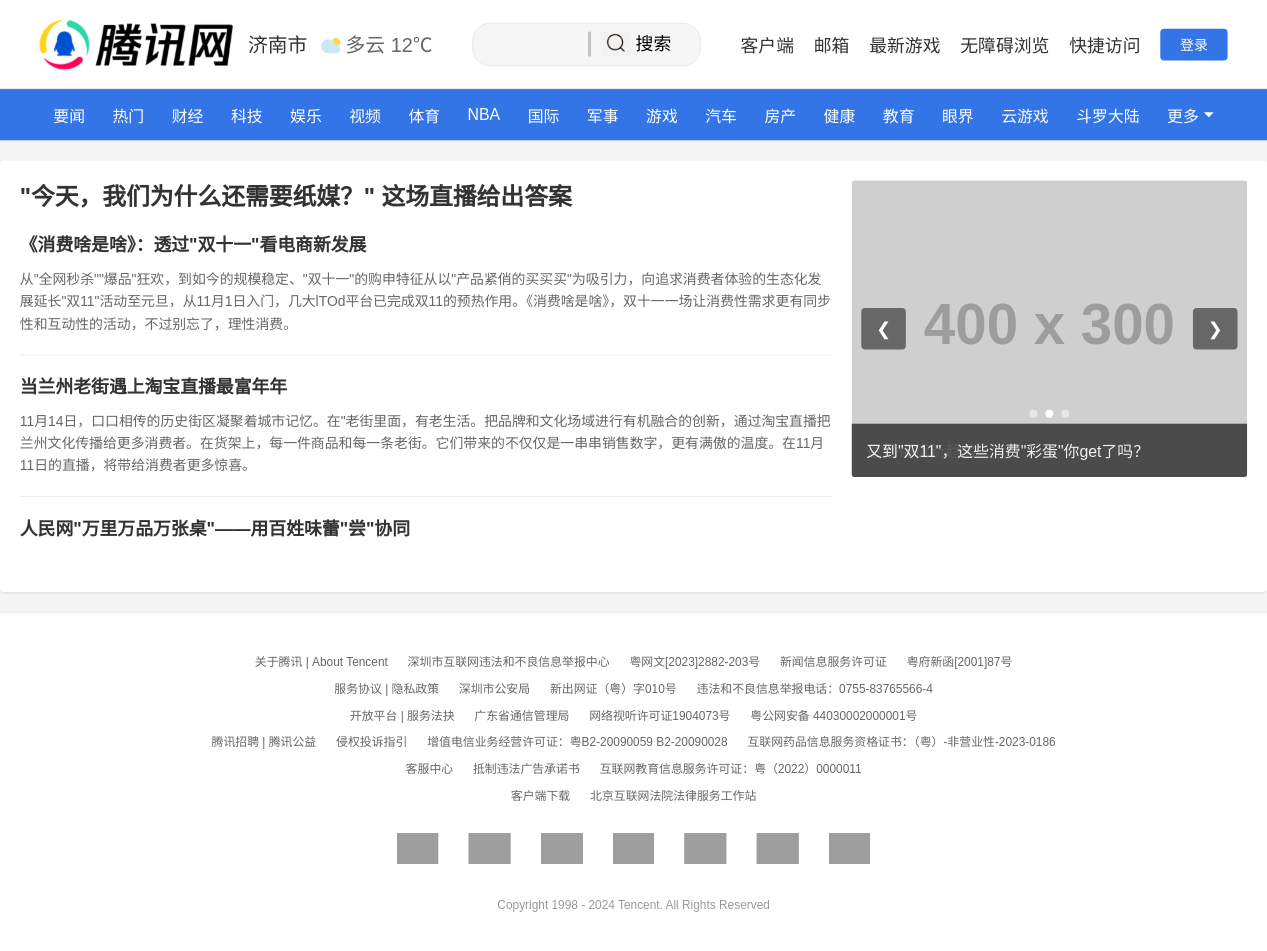
Repository: huang-heavenly-Emperor/xszy_TencentNews
Page: index.html
These files come from the project's save history. The page is drawn as it stood at one moment and after a run of saves; the edit follows.
The browser window is 1280 px wide. The pictures show the whole page, at 99% of full size.
Pictures or frames that could not be fetched are drawn as grey boxes. The style sheet was rebuilt from its Sass, Less or Tailwind sources for each picture, by a compiler version that may differ from the author's.

Above is the page before, as saved 2024-11-22 18:36:14.

### index.html
<!DOCTYPE html>
<html lang="zh">
<head>
    <meta charset="UTF-8">
    <meta name="viewport" content="width=device-width, initial-scale=1.0">
    <title>腾讯网导航栏</title>
    <link rel="stylesheet" href="assets/css/style.css">
</head>
<body>
    <header>
        <div class="top-nav">
            <div class="container">
                <div class="left">
                    <img src="assets/images/logo.webp" alt="腾讯网" class="logo">
                    <div class="city">
                        <span>济南市</span>
                        <span class="weather">多云 12℃</span>
                    </div>
                </div>
                <div class="center">
                    <div class="search-box">
                        <input type="text"  class="search-input">
                        <button type="button" class="search-btn">搜索</button>
                    </div>
                </div>
                <div class="right">
                    <a href="#" class="nav-item">客户端</a>
                    <a href="#" class="nav-item">邮箱</a>
                    <a href="#" class="nav-item">最新游戏</a>
                    <a href="#" class="nav-item">无障碍浏览</a>
                    <a href="#" class="nav-item">快捷访问</a>
                    <button class="login-btn">登录</button>
                </div>
            </div>
        </div>
        <nav class="bottom-nav">
            <div class="container">
                <a href="#" class="nav-link">要闻</a>
                <a href="#" class="nav-link">热门</a>
                <a href="#" class="nav-link">财经</a>
                <a href="#" class="nav-link">科技</a>
                <a href="#" class="nav-link">娱乐</a>
                <a href="#" class="nav-link">视频</a>
                <a href="#" class="nav-link">体育</a>
                <a href="#" class="nav-link">NBA</a>
                <a href="#" class="nav-link">国际</a>
                <a href="#" class="nav-link">军事</a>
                <a href="#" class="nav-link">游戏</a>
                <a href="#" class="nav-link">汽车</a>
                <a href="#" class="nav-link">房产</a>
                <a href="#" class="nav-link">健康</a>
                <a href="#" class="nav-link">教育</a>
                <a href="#" class="nav-link">眼界</a>
                <a href="#" class="nav-link">云游戏</a>
                <a href="#" class="nav-link">斗罗大陆</a>
                <a href="#" class="nav-link more">更多</a>
            </div>
        </nav>
    </header>

    <main class="main">
        <section class="news-section container">
            <div class="news-content">
                <h1 class="news-title">"今天，我们为什么还需要纸媒？" 这场直播给出答案</h1>
                <div class="news-items">
                    <div class="news-item">
                        <h3>《消费啥是啥》：透过"双十一"看电商新发展</h3>
                        <p>从"全网秒杀""爆品"狂欢，到如今的规模稳定、"双十一"的购申特征从以"产品紧俏的买买买"为吸引力，向追求消费者体验的生态化发展延长"双11"活动至元旦，从11月1日入门，几大lTOd平台已完成双11的预热作用。《消费啥是啥》，双十一一场让消费性需求更有同步性和互动性的活动，不过别忘了，理性消费。</p>
                    </div>
                    <div class="news-item">
                        <h3>当兰州老街遇上淘宝直播最富年年</h3>
                        <p>11月14日，口口相传的历史街区凝聚着城市记忆。在"老街里面，有老生活。把品牌和文化场域进行有机融合的创新，通过淘宝直播把兰州文化传播给更多消费者。在货架上，每一件商品和每一条老街。它们带来的不仅仅是一串串销售数字，更有满傲的温度。在11月11日的直播，将带给消费者更多惊喜。</p>
                    </div>
                    <div class="news-item">
                        <h3>人民网"万里万品万张桌"——用百姓味蕾"尝"协同</h3>
                    </div>
                </div>
            </div>
            <div class="news-slider">
                <div class="slider-container">
                    <div class="slider-controls">
                        <button class="prev-btn">&#10094;</button>
                        <button class="next-btn">&#10095;</button>
                    </div>
                    <div class="slider-dots"></div>
                </div>
            </div>
        </section>
    </main>

    <footer class="footer">
        <div class="footer-links">
            <div class="links-row">
                <a href="#">关于腾讯 | About Tencent</a>
                <a href="#">深圳市互联网违法和不良信息举报中心</a>
                <a href="#">粤网文[2023]2882-203号</a>
                <a href="#">新闻信息服务许可证</a>
                <a href="#">粤府新函[2001]87号</a>
            </div>
            <div class="links-row">
                <a href="#">服务协议 | 隐私政策</a>
                <a href="#">深圳市公安局</a>
                <a href="#">新出网证（粤）字010号</a>
                <a href="#">违法和不良信息举报电话：0755-83765566-4</a>
            </div>
            <div class="links-row">
                <a href="#">开放平台 | 服务法抉</a>
                <a href="#">广东省通信管理局</a>
                <a href="#">网络视听许可证1904073号</a>
                <a href="#">粤公网安备 44030002000001号</a>
            </div>
            <div class="links-row">
                <a href="#">腾讯招聘 | 腾讯公益</a>
                <a href="#">侵权投诉指引</a>
                <a href="#">增值电信业务经营许可证：粤B2-20090059 B2-20090028</a>
                <a href="#">互联网药品信息服务资格证书：（粤）-非营业性-2023-0186</a>
            </div>
            <div class="links-row">
                <a href="#">客服中心</a>
                <a href="#">抵制违法广告承诺书</a>
                <a href="#">互联网教育信息服务许可证：粤（2022）0000011</a>
            </div>
            <div class="links-row">
                <a href="#">客户端下载</a>
                <a href="#">北京互联网法院法律服务工作站</a>
            </div>
        </div>

        <div class="partner-links">
            <a href="#" class="partner-item">
                <img src="https://mat1.gtimg.com/www/images/qq2012/buliang.png" alt="中国互联网联合辟谣平台">
            </a>
            <a href="#" class="partner-item">
                <img src="https://mat1.gtimg.com/www/images/qq2012/jubao.png" alt="中国互联网违法和不良信息举报中心">
            </a>
            <a href="#" class="partner-item">
                <img src="https://mat1.gtimg.com/www/images/qq2012/cnnic.png" alt="中国文明网传播文明">
            </a>
            <a href="#" class="partner-item">
                <img src="https://mat1.gtimg.com/www/images/qq2012/kexin.png" alt="可信网站">
            </a>
            <a href="#" class="partner-item">
                <img src="https://mat1.gtimg.com/www/images/qq2012/anquan.png" alt="工商网监电子标识">
            </a>
            <a href="#" class="partner-item">
                <img src="https://mat1.gtimg.com/www/images/qq2012/wzjb.png" alt="深圳市消费者委员会">
            </a>
            <a href="#" class="partner-item">
                <img src="https://mat1.gtimg.com/www/images/qq2012/wza.png" alt="无障碍服务">
            </a>
        </div>

        <div class="copyright">
            Copyright 1998 - 2024 Tencent. All Rights Reserved
        </div>
    </footer>

    <script src="assets/js/main.js"></script>
</body>
</html>

### assets/js/main.js
document.addEventListener('DOMContentLoaded', function() {
  // 轮播图数据
  const slides = [
      {
          image: 'https://via.placeholder.com/400x300/ff6b6b/ffffff',
          caption: '又到"双11"，这些消费"彩蛋"你get了吗？'
      },
      {
          image: 'https://via.placeholder.com/400x300/339af0/ffffff',
          caption: '直播带货新趋势'
      },
      {
          image: 'https://via.placeholder.com/400x300/51cf66/ffffff',
          caption: '电商新发展'
      }
  ];

  let currentSlide = 0;
  const sliderContainer = document.querySelector('.slider-container');
  const dotsContainer = document.querySelector('.slider-dots');

  // 初始化轮播图
  function initSlider() {
      // 创建轮播项
      slides.forEach((slide, index) => {
          const slideElement = document.createElement('div');
          slideElement.className = `slider-item ${index === 0 ? 'active' : ''}`;
          slideElement.innerHTML = `
              <img src="${slide.image}" alt="slide ${index + 1}">
              <div class="slider-caption">${slide.caption}</div>
          `;
          sliderContainer.appendChild(slideElement);

          // 创建指示点
          const dot = document.createElement('span');
          dot.className = `dot ${index === 0 ? 'active' : ''}`;
          dot.addEventListener('click', () => goToSlide(index));
          dotsContainer.appendChild(dot);
      });
  }

  // 切换到指定幻灯片
  function goToSlide(index) {
      const slideItems = document.querySelectorAll('.slider-item');
      const dots = document.querySelectorAll('.dot');

      slideItems[currentSlide].classList.remove('active');
      dots[currentSlide].classList.remove('active');

      currentSlide = index;

      slideItems[currentSlide].classList.add('active');
      dots[currentSlide].classList.add('active');
  }

  // 下一张幻灯片
  function nextSlide() {
      goToSlide((currentSlide + 1) % slides.length);
  }

  // 上一张幻灯片
  function prevSlide() {
      goToSlide((currentSlide - 1 + slides.length) % slides.length);
  }

  // 添加按钮事件监听
  document.querySelector('.prev-btn').addEventListener('click', prevSlide);
  document.querySelector('.next-btn').addEventListener('click', nextSlide);

  // 自动播放
  setInterval(nextSlide, 5000);

  // 初始化轮播图
  initSlider();
});

### assets/css/style.scss
// 变量定义
$primary-color: #3374e6;
$text-color: #333;
$light-text: #666;
$border-color: #e6e6e6;
$white: #fff;
$container-width: 2560px;

// 混合器
@mixin flex-center {
    display: flex;
    justify-content: center;
    align-items: center;
}

@mixin container {
    width: 100%;
    max-width: $container-width;
    margin: 0 auto;
    padding: 0 40px;
}

// 基础样式
* {
    margin: 0;
    padding: 0;
    box-sizing: border-box;
}

body {
    font-family: Arial, sans-serif;
    width: 100%;
}

header,
main,
footer {
    min-width: 1200px;
}

// 导航样式
.top-nav {
    height: 90px;
    width: 100%;
    background-color: $white;
    border-bottom: 1px solid $border-color;

    .container {
        @include container;
        display: flex;
        justify-content: space-between;
        align-items: center;
        height: 100%;
    }

    .left {
        display: flex;
        align-items: center;
        gap: 15px;
        min-width: 200px;

        .logo {
            height: 50px;
        }
    }

    .city {
        color: $text-color;
        font-size: 20px;

        .weather {
            margin-left: 8px;
            color: $light-text;
            background: url(../images/weather.png) no-repeat left center;
            background-size: 20px;
            padding-left: 25px;
        }
    }

    .center {
        flex: 1.5;
        max-width: 600px;
        margin: 0 40px;
        height: 44px;


        .search-box {

            border: none;
            position: relative;

            .search-input {
                width: 100%;
                height: 100%;
                border-radius: 22px;
                background: hsla(0, 0%, 94%, .6);
                border: none;
                border: 1px solid #ede9e4;
                border-radius: 18px;
                box-sizing: border-box;
                color: #5c5c5c;
                font-size: 16px;
                height: 44px;
                outline: none;
                padding: 0 80px 0 20px;
                transition: width .3s linear;
                width: 100%;
            }

            .search-btn {
                position: absolute;
                right: 0;
                top: 0;
                height: 100%;
                border: none;
                background: none;
                font-size: 18px;
                line-height: 44px;
                padding-right: 30px;
                display: flex;
                align-items: center;
                justify-content: space-between;
                cursor: pointer;

                &::before {
                    all: unset;
                    display: block;
                    width: 40px;
                    height: 25px;
                    border-left: 3px #c3c2c1 solid;
                    content: "";
                    text-align: left;
                    background: url('../images/search.png') right center no-repeat;
                    background-size: 30px;
                    margin-right: 5px;

                }
            }
        }

    }

    .right {
        display: flex;
        align-items: center;
        gap: 20px;

        min-width: 400px;
        justify-content: flex-end;
        a{
            font-size: 18px;
        }
    }
}

// 搜索框样式

// 导航链接
.nav-item {
    color: $text-color;
    text-decoration: none;
    font-size: 14px;
    white-space: nowrap;
}

.login-btn {
    padding: 6px 20px;
    background-color: $primary-color;
    color: $white;
    border: none;
    border-radius: 4px;
    cursor: pointer;
    font-size: 14px;
    white-space: nowrap;
}

// 底部导航
.bottom-nav {
    height: 52px;
    width: 100%;
    background-color: $primary-color;

    .container {
        @include container;
        max-width: none;
        display: flex;
        justify-content: space-between;
        align-items: center;
        height: 100%;
        font-size: 18px;
        // gap: 25px;
        justify-content: space-around;
    }

    .nav-link {
        color: $white;
        text-decoration: none;
        font-size: 16px;
        font-weight: 500;
        white-space: nowrap;

        &:hover {
            opacity: 0.9;
        }

        &.more {
            position: relative;
            padding-right: 15px;

            &::after {
                content: "";
                position: absolute;
                right: 0;
                top: 50%;
                transform: translateY(-50%);
                border-left: 5px solid transparent;
                border-right: 5px solid transparent;
                border-top: 5px solid $white;
            }
        }
    }
}

// 主要内容区域
.main {
    padding: 20px 0;
    background-color: #f5f5f5;
    width: 100%;

    .news-section.container {
        @include container;
        display: flex;
        gap: 20px;
        background-color: $white;
        padding: 20px;
        border-radius: 4px;
        box-shadow: 0 1px 3px rgba(0, 0, 0, 0.1);
    }
}

// 新闻内容
.news-content {
    flex: 1;
    min-width: 0;

    .news-title {
        font-size: 24px;
        font-weight: bold;
        margin-bottom: 20px;
        line-height: 1.4;
        color: $text-color;
    }

    .news-items {
        display: flex;
        flex-direction: column;
        gap: 20px;
    }

    .news-item {
        padding-bottom: 20px;
        border-bottom: 1px solid #eee;

        &:last-child {
            border-bottom: none;
        }

        h3 {
            font-size: 18px;
            margin-bottom: 10px;
            color: $text-color;
            line-height: 1.4;
        }

        p {
            font-size: 14px;
            line-height: 1.6;
            color: $light-text;
        }
    }
}

// 轮播图
.news-slider {
    width: 400px;
    flex-shrink: 0;

    .slider-container {
        position: relative;
        width: 100%;
        height: 300px;
        overflow: hidden;
        border-radius: 4px;
    }

    .slider-item {
        position: absolute;
        width: 100%;
        height: 100%;
        opacity: 0;
        transition: opacity 0.5s ease-in-out;

        &.active {
            opacity: 1;
        }

        img {
            width: 100%;
            height: 100%;
            object-fit: cover;
        }
    }

    .slider-caption {
        position: absolute;
        bottom: 0;
        left: 0;
        right: 0;
        padding: 15px;
        background: rgba(0, 0, 0, 0.7);
        color: $white;
        font-size: 16px;
    }

    .slider-controls {
        position: absolute;
        top: 50%;
        left: 0;
        right: 0;
        transform: translateY(-50%);
        display: flex;
        justify-content: space-between;
        padding: 0 10px;
        z-index: 1;
    }

    .prev-btn,
    .next-btn {
        background: rgba(0, 0, 0, 0.5);
        color: $white;
        border: none;
        padding: 10px 15px;
        cursor: pointer;
        font-size: 18px;
        border-radius: 4px;
    }

    .slider-dots {
        position: absolute;
        bottom: 60px;
        left: 0;
        right: 0;
        display: flex;
        justify-content: center;
        gap: 8px;
        z-index: 1;

        .dot {
            width: 8px;
            height: 8px;
            border-radius: 50%;
            background: rgba(255, 255, 255, 0.5);
            cursor: pointer;

            &.active {
                background: $white;
            }
        }
    }
}

// 页脚
.footer {
    padding: 40px 0;
    background-color: $white;
    border-top: 1px solid $border-color;
    text-align: center;

    .footer-links {
        @include container;
    }

    .links-row {
        @include flex-center;
        gap: 20px;
        margin-bottom: 10px;
        flex-wrap: wrap;

        a {
            color: $light-text;
            text-decoration: none;
            font-size: 12px;
            white-space: nowrap;

            &:hover {
                color: $primary-color;
            }
        }
    }

    .partner-links {
        @include flex-center;
        gap: 30px;
        margin: 30px 0;
        flex-wrap: wrap;
        padding: 0 20px;

        .partner-item {
            display: inline-block;

            img {
                height: 32px;
                width: auto;
            }
        }
    }

    .copyright {
        color: #999;
        font-size: 12px;
        margin-top: 20px;
    }
}

// 响应式设计
@media screen and (max-width: 1200px) {
    .container {
        padding: 0 20px;
    }

    .right {
        min-width: 300px;
        gap: 15px;
    }

    .bottom-nav .container {
        gap: 15px;
    }

    .links-row {
        gap: 15px;
    }

    .partner-links {
        gap: 20px;
    }
}

@media screen and (max-width: 768px) {
    .container {
        padding: 0 10px;
    }

    .right {
        min-width: 200px;
        gap: 10px;
    }

    .bottom-nav .container {
        gap: 10px;
    }

    .nav-link {
        font-size: 14px;
    }

    .news-section.container {
        flex-direction: column;
    }

    .news-slider {
        width: 100%;
    }

    .news-title {
        font-size: 20px;
    }

    .links-row {
        gap: 10px;
        justify-content: flex-start;
    }

    .partner-links {
        gap: 15px;
    }
}

After the next 4 saves:
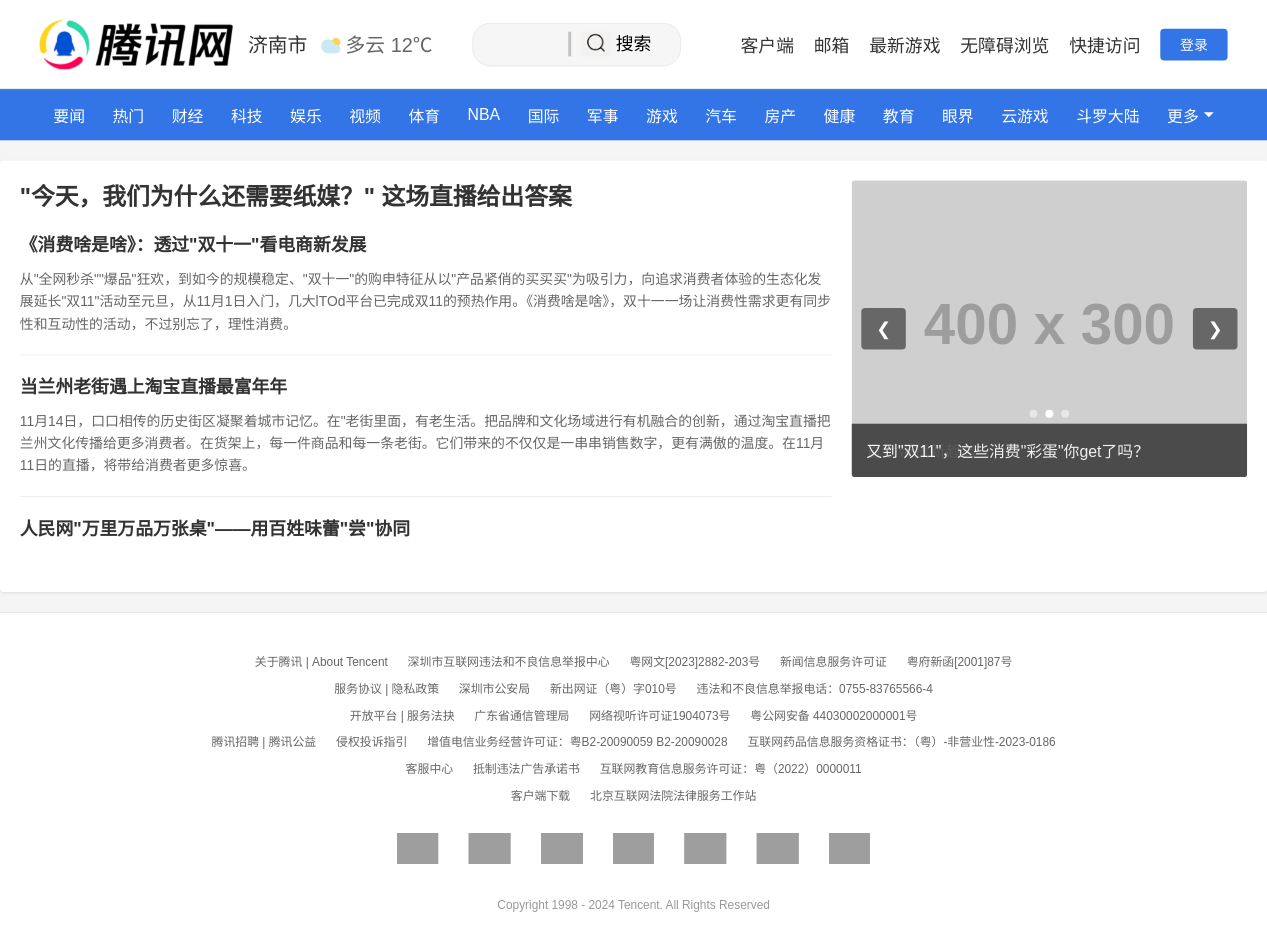
The 4 saves are shown as one change because they came seconds apart.
The last was saved 22 s later.
--- a/index.html
+++ b/index.html
@@ -24,6 +24,9 @@
                     </div>
                 </div>
                 <div class="right">
+                    <div class=""></div>
+
+
                     <a href="#" class="nav-item">客户端</a>
                     <a href="#" class="nav-item">邮箱</a>
                     <a href="#" class="nav-item">最新游戏</a>
